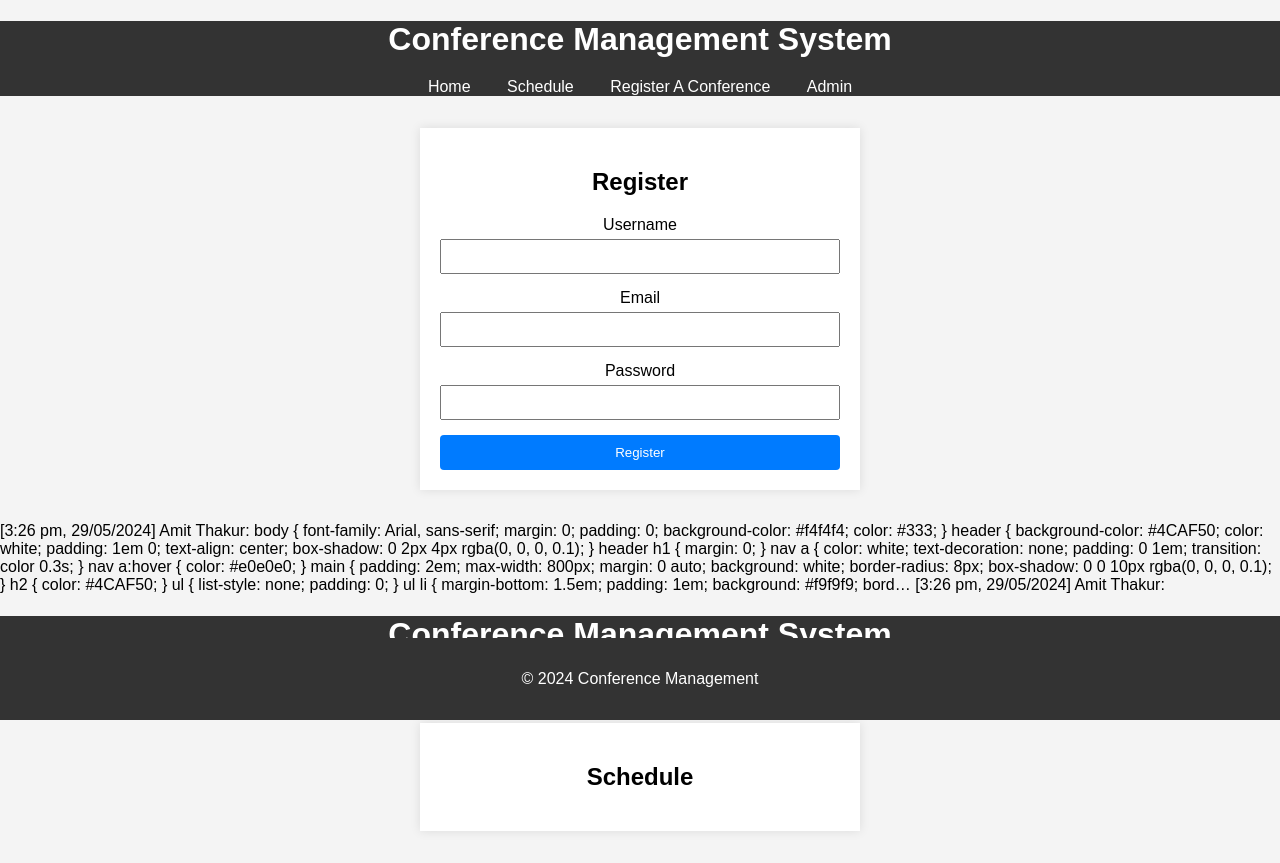
Repository: AMIT1439027/conferenceapp
Page: http://localhost/user_register.php
These files come from the project's save history. The page is drawn as it stood at one moment and after a run of saves; the edit follows.
The browser window is 1280 px wide. The pictures show the whole page.
The page is run by PHP 8.4 with error messages shown; the project is at /var/www/html/. Queries for data that is not in the repository find no rows.

Above is the page before, as saved 2024-05-29 15:27:19.

After the next 4 saves:
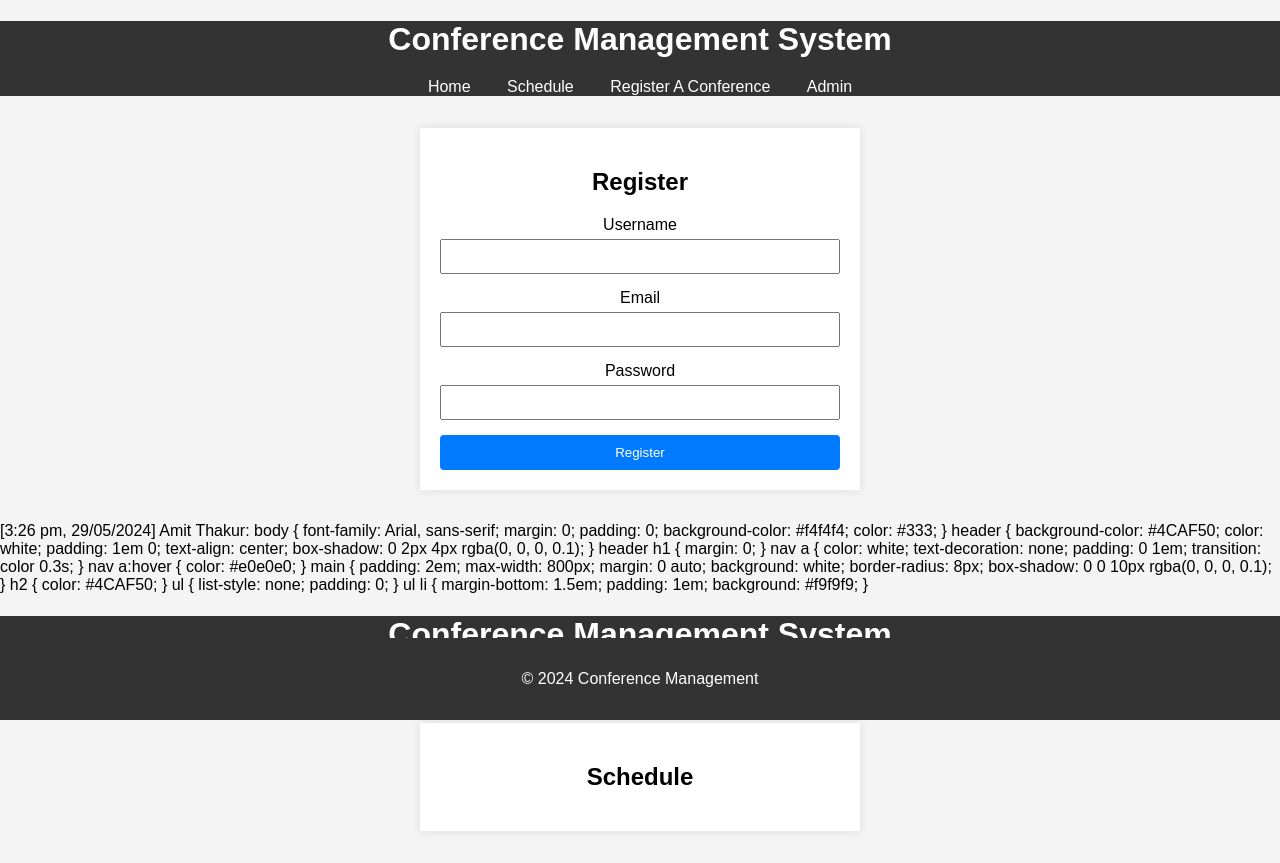
The 4 saves are shown as one change because they came seconds apart.
The last was saved 18 s later.
--- a/user_register.php
+++ b/user_register.php
@@ -114,8 +114,8 @@ ul li {
     margin-bottom: 1.5em;
     padding: 1em;
     background: #f9f9f9;
-    bord…
-[3:26 pm, 29/05/2024] Amit Thakur: <?php
+}
+ <?php
 include 'db_connect.php';
 
 $stmt = $pdo->query("SELECT * FROM conferences");
